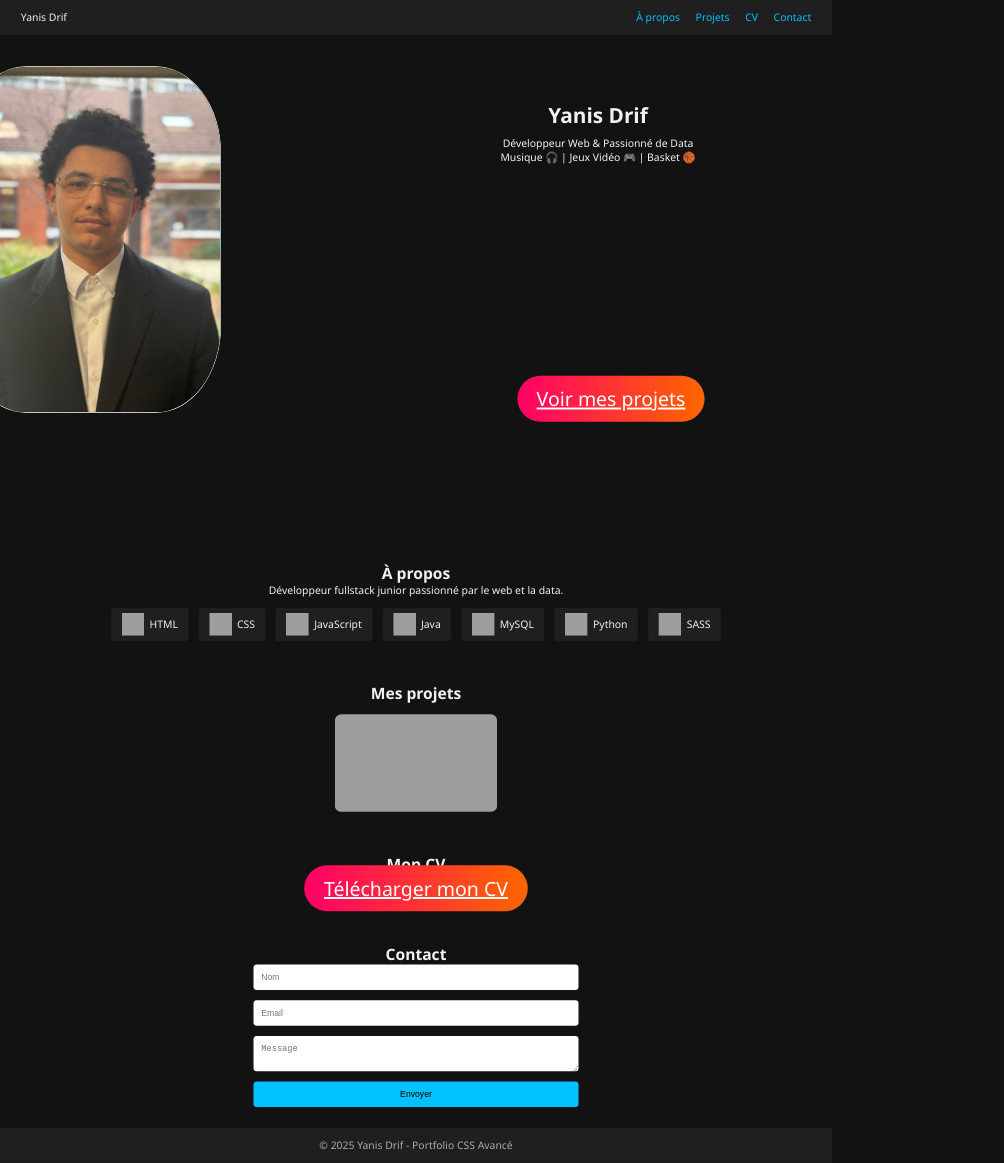
Repository: Yxniiss/ProjetCssAvance
Page: OneDrive/Bureau/Portfolio DrifYanis/home.html
The author's editor kept a copy of each file at every save. The page is drawn from the files as they stood at one save, then again after the next save.
The browser window is 1280 px wide. The page is 1544 px wide, so the pictures cover 1544 px, including what lies to the right of the window. The pictures show the whole page, at 65% of full size.
Pictures or frames that could not be fetched are drawn as grey boxes.

Above is the page before, as saved 2025-04-10 10:42:37.
Console error: TypeError: Cannot set properties of null (setting 'textContent')

After the next save:
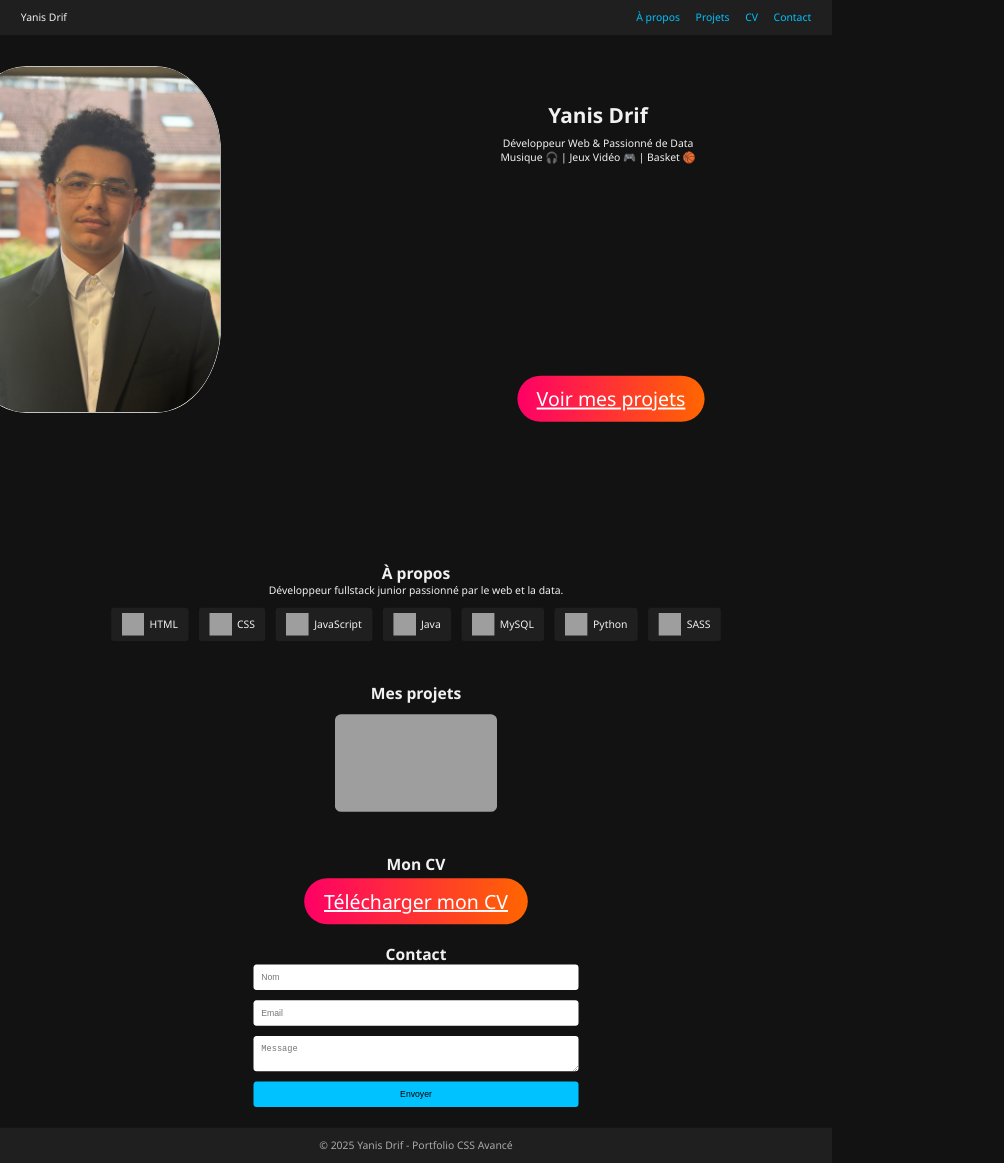
Saved 20 s later.
--- a/OneDrive/Bureau/Portfolio DrifYanis/style.css
+++ b/OneDrive/Bureau/Portfolio DrifYanis/style.css
@@ -136,7 +136,7 @@
     font-size: 30px;
     position: relative;
     left: 0px;
-    bottom:0px;
+    top:20px;
     color:white;
     background: linear-gradient(90deg, #ff0066, #ff6600);
     border:none;
